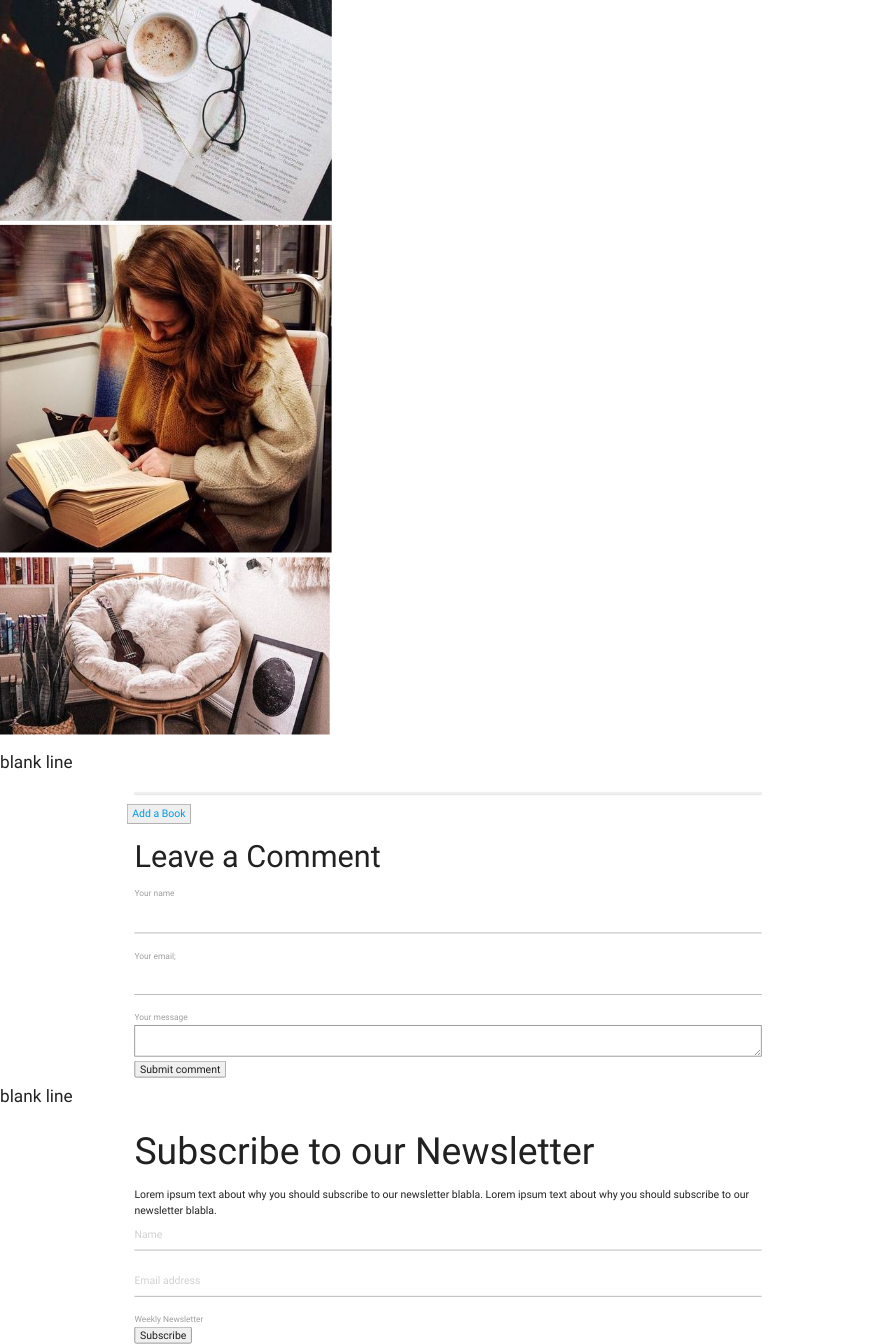
Repository: elizabeth24602/paper-to-screen
Page: http://localhost/forum1
The author's editor kept a record of every edit. The page is drawn from the files as they stood at one moment, then again after the next edit.
The browser window is 1280 px wide. The pictures show the part of the page from y = 1005 to 2925 px (the page is 2925 px tall before and 2836 px after), at 70% of full size.
Some web libraries are served in a nearby version. The page is served by the project's application, run on Flask 3 (app.py). Queries for data that is not in the repository find no rows.

Above is the page before.

### templates/forum1.html
{% extends 'base.html' %}
{% block content %}
<div class="row container-fluid">
   <a class="col-md-12 logo" href="home.html"></a>
   <div class="col-md-12">
      <h2 class="welcome-title">Add a Book</h2>
      <p class="welcome">Lorem ipsum dolor sit amet, consectetur adipiscing elit, sed do eiusmod tempor incididunt ut labore et dolore magna aliqua.
         Ut enim ad minim veniam, quis nostrud exercitation ullamco laboris nisi ut aliquip ex ea commodo consequat.
         Duis aute irure dolor in reprehenderit in voluptate velit esse cillum dolore eu fugiat nulla pariatur.
         Excepteur sint occaecat cupidatat non proident, sunt in culpa qui officia deserunt mollit anim id est laborum.
         Lorem ipsum dolor sit amet, consectetur adipiscing elit, sed do eiusmod tempor incididunt ut labore et dolore magna aliqua.
         Ut enim ad minim veniam, quis nostrud exercitation ullamco laboris nisi ut aliquip ex ea commodo consequat.
         Duis aute irure dolor in reprehenderit in voluptate velit esse cillum dolore eu fugiat nulla pariatur.
         Excepteur sint occaecat cupidatat non proident, sunt in culpa qui officia deserunt mollit anim id est laborum.
      </p>
   </div>
   <div class="col-md-3 inline-item">
      <img class="picture" src="static/img/haircolour.jpg">
   </div>
   <div class="col-md-3 inline-item">
      <img class="picture" src="static/img/book.jpg">
   </div>
   <div class="col-md-3 inline-item">
      <img class="picture" src="static/img/busbook.jpg">
   </div>
   <div class="col-md-3 inline-item">
      <img class="picture" src="static/img/readingcorner.jpg">
   </div>
</div>
<div class="row">
   <div class="col-md-12">
      <h5 class="blank">blank line</h5>
   </div>
</div>
<div class="container">
   <ul class="collapsible" data-collapsible="accordion">
      {% for book in book %}
      <li>
         <div class="collapsible-header">
            <div class="col s3">
               <a class="waves-effect waves-light btn btn_small">Read</a>
               <a class="waves-effect waves-light btn btn_small">Watched</a>
               <a href={{url_for('edit_book', book_id=book._id)}} class="waves-effect waves-light btn btn_small cyan">Edit</a>
            </div>
            <div class=" task_header col s9">
               <i class="material-icons">expand_more</i><strong>{{book.task_name}}</strong> - {{book.star_rating}}
            </div>
         </div>
         <div class="collapsible-body">
            <span>
            {{book.task_description}}
            </span>
         </div>
      </li>
      {% endfor %}
   </ul>
</div>
<div class="container">
   <div class="row">
      <div class="col-md-12">
      <button class="addbook waves-effect">
         <a href="add_book"><span>Add a Book</span></a></button>
      </div>
   </div>
</div>
<div class="container">
<div id="respond">

  <h3>Leave a Comment</h3>

  <form action="post_comment.php" method="post" id="commentform">

    <label for="comment_author" class="required">Your name</label>
    <input type="text" name="comment_author" id="comment_author" value="" tabindex="1" required="required">

    <label for="email" class="required">Your email;</label>
    <input type="email" name="email" id="email" value="" tabindex="2" required="required">

    <label for="comment" class="required">Your message</label>
    <textarea name="comment" id="comment" rows="10" tabindex="4"  required="required"></textarea>

    <input type="hidden" name="comment_post_ID" value="1" id="comment_post_ID" />
    <input name="submit" type="submit" value="Submit comment" />

  </form>

</div>
</div>
<div class="row">
   <div class="col-md-12">
      <h5 class="blank">blank line</h5>
   </div>
</div>
<form action="/action_page.php">
   <div class="container">
      <h2>Subscribe to our Newsletter</h2>
      <p>Lorem ipsum text about why you should subscribe to our newsletter blabla. Lorem ipsum text about why you should subscribe to our newsletter blabla.</p>
   </div>
   <div class="container" style="background-color:white">
      <input type="text" placeholder="Name" name="name" required>
      <input type="text" placeholder="Email address" name="mail" required>
      <label>
      <input type="checkbox" checked="checked" name="subscribe"> Weekly Newsletter
      </label>
   </div>
   <div class="container">
      <input type="submit" value="Subscribe">
   </div>
</form>
{% endblock %}

### templates/base.html
<!DOCTYPE html>
<html>

<head>
    <link href="https://fonts.googleapis.com/icon?family=Material+Icons" rel="stylesheet">
    <link rel="stylesheet" href="https://cdnjs.cloudflare.com/ajax/libs/materialize/0.100.2/css/materialize.min.css">
</head>

<body>
    {% block content %}
    {% endblock %}

    <script src="https://cdnjs.cloudflare.com/ajax/libs/jquery/3.2.1/jquery.min.js"></script>
    <script src="https://cdnjs.cloudflare.com/ajax/libs/materialize/0.100.2/js/materialize.min.js"></script>
    <script type="text/javascript">
        $(document).ready(function() {
            $('.collapsible').collapsible();
            $('select').material_select();
        })
    </script>
</body>

</html>

### app.py
from os import path
if path.exists("env.py"):
    import env


import os
from flask import Flask, render_template, redirect, request, url_for
from flask_pymongo import PyMongo
from bson.objectid import ObjectId
from bson.objectid import ObjectId

app = Flask(__name__)
app.config["MONGO_DBNAME"] = 'book_manager'
app.config["MONGO_URI"] = ('mongodb+srv://Elizabeth24602:Gavroche24602@myfirstcluster-xtdqk.mongodb.net/book_manager?retryWrites=true&w=majority')

mongo = PyMongo(app)

@app.route('/')
@app.route('/index1')
def index():
    return render_template("index1.html")

@app.route('/about1')
def about():
    return render_template("about1.html")

@app.route('/choices1')
def choices():
    return render_template("choices1.html")

@app.route('/forum1')
def get_book():
    return render_template("forum1.html", book=mongo.db.book.find())

@app.route('/add_book')
def add_book():
    return render_template('addbook.html',
                            categories=mongo.db.categories.find())

@app.route('/insert_book', methods=['POST'])
def insert_book():
    tasks = mongo.db.book
    tasks.insert_one(request.form.to_dict())
    return redirect(url_for('get_book'))

@app.route('/edit_task/<task_id>')
def edit_task(task_id):
    the_task =  mongo.db.tasks.find_one({"_id": ObjectId(task_id)})
    all_categories =  mongo.db.categories.find()
    return render_template('edittask.html', task=the_task,
                           categories=all_categories)


if __name__ == '__main__':
    app.run(host=os.environ.get('IP'),
            port=int(os.environ.get('PORT')),
            debug=True)

After the next edit:
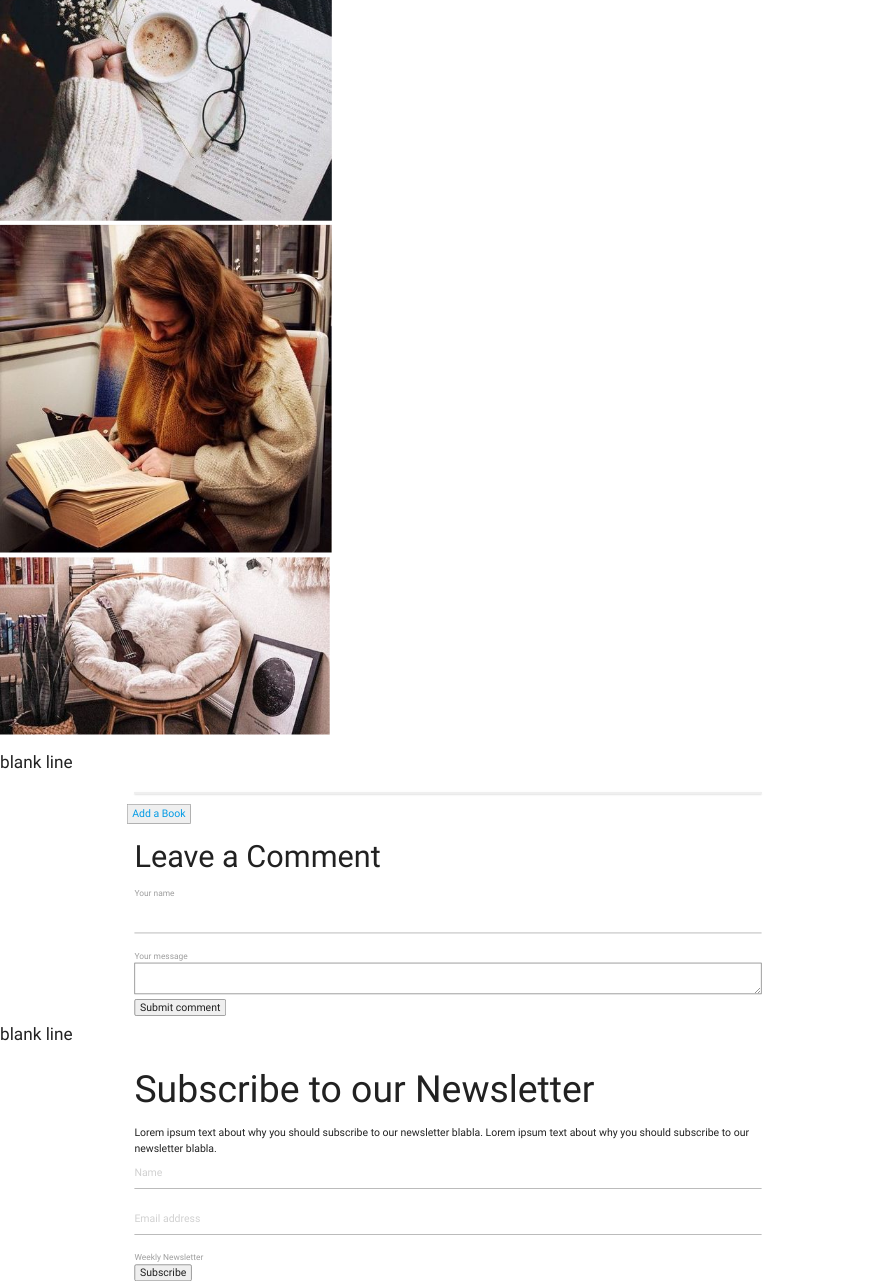
The edit:
--- a/templates/forum1.html
+++ b/templates/forum1.html
@@ -73,9 +73,6 @@
     <label for="comment_author" class="required">Your name</label>
     <input type="text" name="comment_author" id="comment_author" value="" tabindex="1" required="required">
 
-    <label for="email" class="required">Your email;</label>
-    <input type="email" name="email" id="email" value="" tabindex="2" required="required">
-
     <label for="comment" class="required">Your message</label>
     <textarea name="comment" id="comment" rows="10" tabindex="4"  required="required"></textarea>
 
